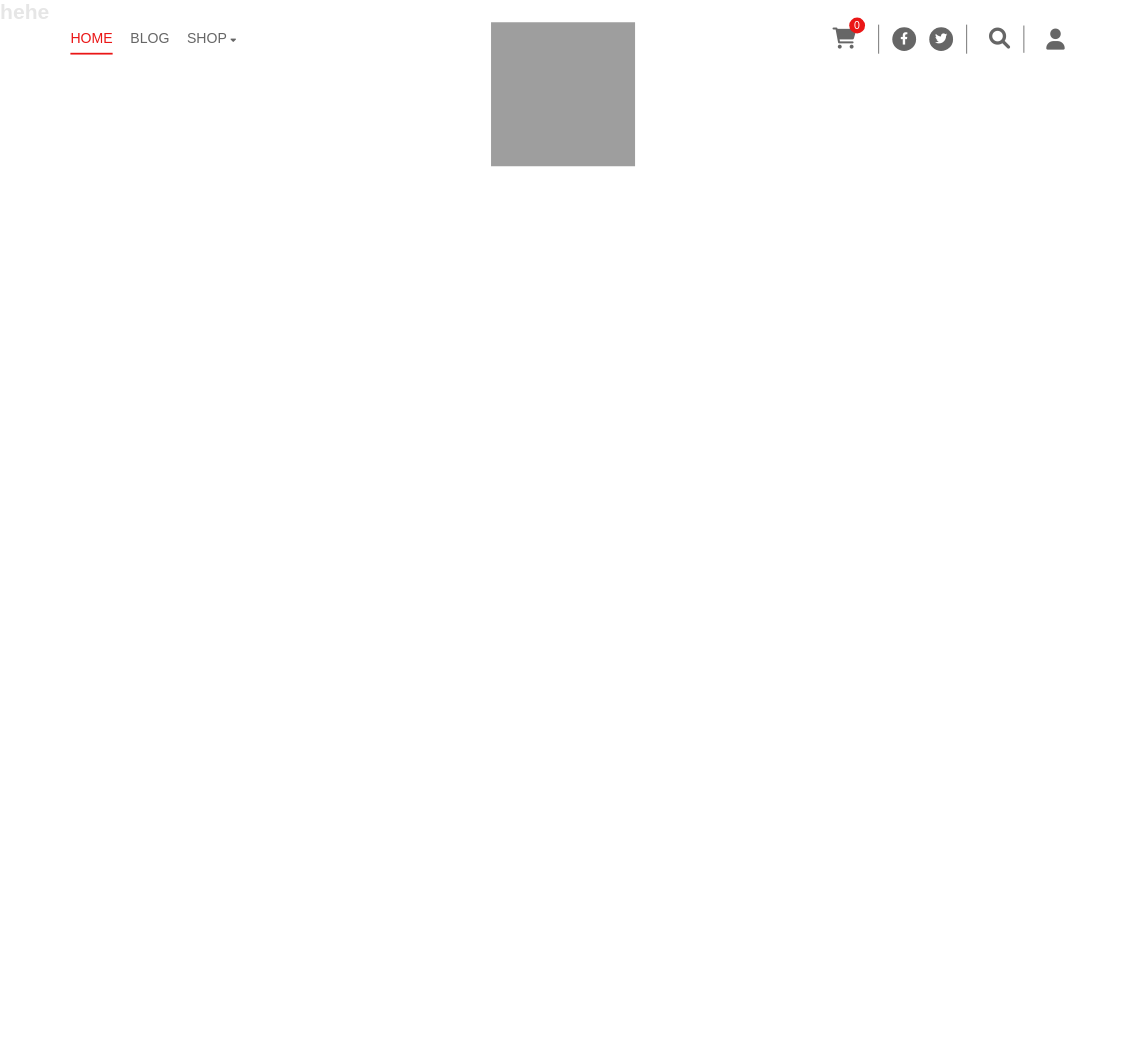
Repository: NguyenDucHung20002/header-and-scroll-top-project-cnpm
Page: blog.html
An editor plug-in stored every save of this project. The page is shown before and after the next save, followed by the edit.
The browser window is 1280 px wide. The pictures show the whole page, at 88% of full size.
Pictures or frames that could not be fetched are drawn as grey boxes. The style sheet was rebuilt from its Sass, Less or Tailwind sources for each picture, by a compiler version that may differ from the author's.

Above is the page before, as saved 2022-09-15 10:11:09.
Console error: TypeError: Cannot read properties of undefined (reading 'top')

### blog.html
<!DOCTYPE html>
<html lang="en">

<head>
    <meta charset="UTF-8">
    <meta http-equiv="X-UA-Compatible" content="IE=edge">
    <meta name="viewport" content="width=device-width, initial-scale=1.0">
    <link rel="stylesheet" href="fontawesome-free-6.1.2-web/css/all.min.css">
    <link rel="stylesheet" href="reset.css">
    <link rel="stylesheet" href="dist/css/blog.css">
    <title>Document</title>
</head>

<body>
    <header>
        <div class="header-top">
            <div class="portion-upper">
                <div class="container">
                    <div class="header-left">
                        <nav>
                            <ul class="wrapper-nav-main">
                                <li class="nav-main active-nav-main"><a class="nav-link-main" href="">Home</a></li>
                                <li class="nav-main"><a class="nav-link-main" href="">Blog</a></li>
                                <li class="drop-down nav-main">
                                    <a class="nav-link-main" href="">Shop <i class="fa-solid fa-caret-down"></i></a>
                                    <div class="shop-down">
                                        <aside class="product-categories">
                                            <h2>PRODUCT CATEGORIES</h2>
                                            <nav>
                                                <ul>
                                                    <li><a href="">Dried</a></li>
                                                    <li><a href="">Frozen</a></li>
                                                    <li><a href="">Fruits</a></li>
                                                    <li><a href="">Organic</a></li>
                                                    <li><a href="">Organic farms</a></li>
                                                    <li><a href="">Uncategorized</a></li>
                                                    <li><a href="">Vegitables</a></li>
                                                </ul>
                                            </nav>
                                        </aside>

                                    </div>
                                </li>
                            </ul>
                        </nav>
                    </div>
                    <div class="header-middle">
                        <div class="icon-home">
                            <a class="link-icon-home" href=""><img src="/icon/logo-1.png" alt=""></a>
                        </div>
                    </div>
                    <div class="header-right">
                        <div class="cart">
                            <div class="cart-icon">
                                <i class="fa-solid fa-cart-shopping"></i>
                            </div>
                            <div class="quantity">0</div>
                        </div>
                        <div class="info">
                            <div class="facebook icon-info"><i class="fa-brands fa-facebook-f"></i></div>
                            <div class="twitter icon-info"><i class="fa-brands fa-twitter"></i></div>
                        </div>
                        <div class="search">
                            <i class="fa-solid fa-magnifying-glass"></i>
                            <div class="form-search">
                                <input type="text" placeholder="Search...">
                                <button class="btn-search"><i class="fa-solid fa-magnifying-glass"></i></button>
                            </div>
                        </div>
                        <div class="user">
                            <i class="fa-solid fa-user"></i>
                        </div>
                    </div>
                </div>
            </div>
        </div>
    </header>
    <h2 class="hehe">hehe</h2>
</body>
<script src="https://cdnjs.cloudflare.com/ajax/libs/jquery/3.6.0/jquery.min.js"
    integrity="sha512-894YE6QWD5I59HgZOGReFYm4dnWc1Qt5NtvYSaNcOP+u1T9qYdvdihz0PPSiiqn/+/3e7Jo4EaG7TubfWGUrMQ=="
    crossorigin="anonymous" referrerpolicy="no-referrer"></script>
<script src="./blog.js"></script>

</html>

### reset.css
*,
*::after,
*::before {
  margin: 0;
  padding: 0;
  box-sizing: border-box;
}
a {
  text-decoration: none;
  /* mặc đinh là text-decoration: underline; */
}
ul,
ol {
  list-style: none;
}
input,
button {
  outline: none;
  border: none;
  background: none;
}
table,
th,
td {
  border-collapse: collapse;
}

/* Type number: delete ô increment, decrement */
input[type="number"]::-webkit-outer-spin-button,
input[type="number"]::-webkit-inner-spin-button {
  display: none;
  margin: 0;
}

### blog.js
$(document).ready(function () {
  const body = $("html, body");
  const getbody = $("body");

  //------- sự kiện scroll ---------

  const heightWin = $(window).height();
  //icon home
  const iconHome = $(".link-icon-home");
  //banner below
  const bannerBelow = document.querySelectorAll(".wrapper-fruit");
  const topBannerBelow = $(".wrapper-banner").offset().top;
  //btn scroll to top
  const btnScrollTop = $(".btn-to-top");
  actionScroll();
  // catch eventing scroll window
  $(window).scroll(function () {
    actionScroll();
  });
  function actionScroll() {
    let top = $("html, body").scrollTop();
    //scrolling animation icon home
    if (top > 10) {
      iconHome.css({
        transform: "scale(0.7) translateY(-30px)",
      });
    } else {
      iconHome.css({
        transform: "scale(1) translateY(0)",
      });
    }
    //scrolling animation banner below
    if (top + heightWin >= topBannerBelow) {
      bannerBelow.forEach((val, index) => {
        val.classList.add(`action-banner-${index + 1}`);
      });
    }
    //btn scrolling to top
    if (top >= 200) {
      btnScrollTop.addClass("action-show");
    } else {
      btnScrollTop.removeClass("action-show");
    }
  }

  //-----------sự kiện click-------------

  //----------- click to scroll to top ------------
  $(btnScrollTop).click(function (e) {
    e.preventDefault();
    body.animate(
      {
        scrollTop: 0,
      },
      500
    );
  });
});

### blog.scss
.container {
  margin: 0 auto;
  width: 1170px;
}
* {
  font-family: "Poppins", sans-serif;
}
$headerTopUP: #ffffff;
header {
  .header-top {
    z-index: 100;
    position: fixed;
    width: 100%;
    .portion-upper {
      background-color: rgba(#ffffff, 0.9);
      padding: 15px 0;
      .container {
        padding: 0 15px;
        display: flex;
        justify-content: space-between;
        align-items: center;
        position: relative;
        .header-left {
          .wrapper-nav-main {
            display: flex;
            justify-content: center;
            align-items: center;
            .nav-main {
              margin: 0 10px;
              .nav-link-main {
                padding: 10px 0;
                font-size: 16px;
                text-transform: uppercase;
                color: #666666;
                position: relative;
                &::after {
                  content: "";
                  position: absolute;
                  bottom: 0;
                  right: 0;
                  width: 0;
                  height: 2px;
                  background-color: #ea1616;
                  transition: 0.3s;
                }
                &:hover {
                  color: #ab1e32;
                  &::after {
                    left: 0;
                    width: 100%;
                  }
                }
                i {
                  font-size: 10px;
                }
              }
              &.active-nav-main {
                .nav-link-main {
                  color: #ea1616;
                  &::after {
                    content: "";
                    width: 100%;
                    height: 2px;
                  }
                }
              }
            }
            .drop-down {
              position: relative;
              &:hover {
                .shop-down {
                  opacity: 1;
                  visibility: visible;
                }
              }
              .shop-down {
                background-color: #ffffff;
                position: absolute;
                top: calc(100% + 10px);
                right: 0;
                transform: translate(50px);
                transition: 0.3s;
                opacity: 0;
                visibility: hidden;
                border: 1px rgba(#666666, 0.2) solid;
                max-width: 250px;
                .product-categories {
                  width: 100%;
                  flex: 1;
                  border-right: 1px rgba(#666666, 0.2) solid;
                  h2 {
                    width: 100%;
                    font-size: 16px;
                    font-weight: 700;
                    padding: 30px 30px;
                    white-space: nowrap;
                    color: #666666;
                    border-bottom: 1px #666666 solid;
                  }
                  ul {
                    li {
                      width: 100%;
                      a {
                        width: 100%;
                        border-top: 1px rgba(#666666, 0.3) solid;
                        display: inline-block;
                        font-size: 14px;
                        color: #666666;
                        padding: 15px 20px;
                        transition: 0.2s;
                        &:hover {
                          background-color: #3a3939;
                          color: $headerTopUP;
                        }
                      }
                    }
                  }
                }
              }
            }
          }
        }
        .header-middle {
          position: absolute;
          left: 50%;
          top: 0;
          z-index: 11;
          .icon-home {
            transform: translate(-50%, 10px);
            a {
              transition: 0.3s;
              width: 164px;
              height: 164px;
              display: inline-block;
              cursor: pointer;
              img {
                width: 100%;
                height: 100%;
                object-fit: cover;
              }
            }
          }
        }
        .header-right {
          display: flex;
          justify-content: center;
          align-items: center;
          .cart {
            cursor: pointer;
            position: relative;
            .cart-icon {
              font-size: 24px;
              color: #666666;
            }
            .quantity {
              color: #ffffff;
              position: absolute;
              width: 18px;
              height: 18px;
              background-color: #ea1616;
              font-size: 12px;
              bottom: 70%;
              left: 70%;
              border-radius: 50%;
              text-align: center;
              line-height: 18px;
            }
          }
          .info {
            font-size: 14px;
            padding: 3px 15px;
            margin: 0 25px;
            border-left: 1px #666666 solid;
            border-right: 1px #666666 solid;
            display: flex;
            justify-content: center;
            align-items: center;
            .icon-info {
              width: 27px;
              height: 27px;
              cursor: pointer;
              background-color: #666666;
              border-radius: 50%;
              text-align: center;
              i {
                line-height: 27px;
                color: #ffffff;
                transition: 0.3s;
              }
            }
            .facebook {
              margin-right: 15px;
              transition: 0.3s;
              &:hover {
                background-color: #3b5998;
                i {
                  color: $headerTopUP;
                }
              }
            }
            .twitter {
              transition: 0.3s;
              &:hover {
                background-color: #55acee;
                i {
                  color: $headerTopUP;
                }
              }
            }
          }
          .search {
            font-size: 24px;
            cursor: pointer;
            color: #666666;
            position: relative;
            padding: 15px 0;
            margin-right: 15px;
            &:hover {
              .form-search {
                opacity: 1;
                visibility: visible;
                transform: translateY(10px);
              }
            }
            .form-search {
              right: 0;
              transition: 0.3s;
              opacity: 0;
              visibility: hidden;
              position: absolute;
              min-width: 280px;
              background-color: #ffffff;
              border-radius: 5px;
              padding: 15px;
              display: flex;
              input {
                flex-grow: 1;
                padding: 10px 20px;
                background-color: #f4f4f4;
                &::placeholder {
                  color: #222222;
                  transition: 0.3s;
                }
                &:focus {
                  &::placeholder {
                    opacity: 0;
                  }
                }
              }
              .btn-search {
                width: 50px;
                height: 50px;
                background-color: #f4f4f4;
                cursor: pointer;
              }
            }
          }
          .user {
            border-left: #666666 1px solid;
            padding: 3px 0;
            i {
              font-size: 24px;
              line-height: 24px;
              cursor: pointer;
              color: #666666;
              padding-left: 25px;
            }
          }
        }
      }
    }
  }
}
.hehe {
  width: 100vw;
  height: 1200px;
}

Loaded but not shown: fontawesome-free-6.1.2-web/css/all.min.css (library)

After the next save:
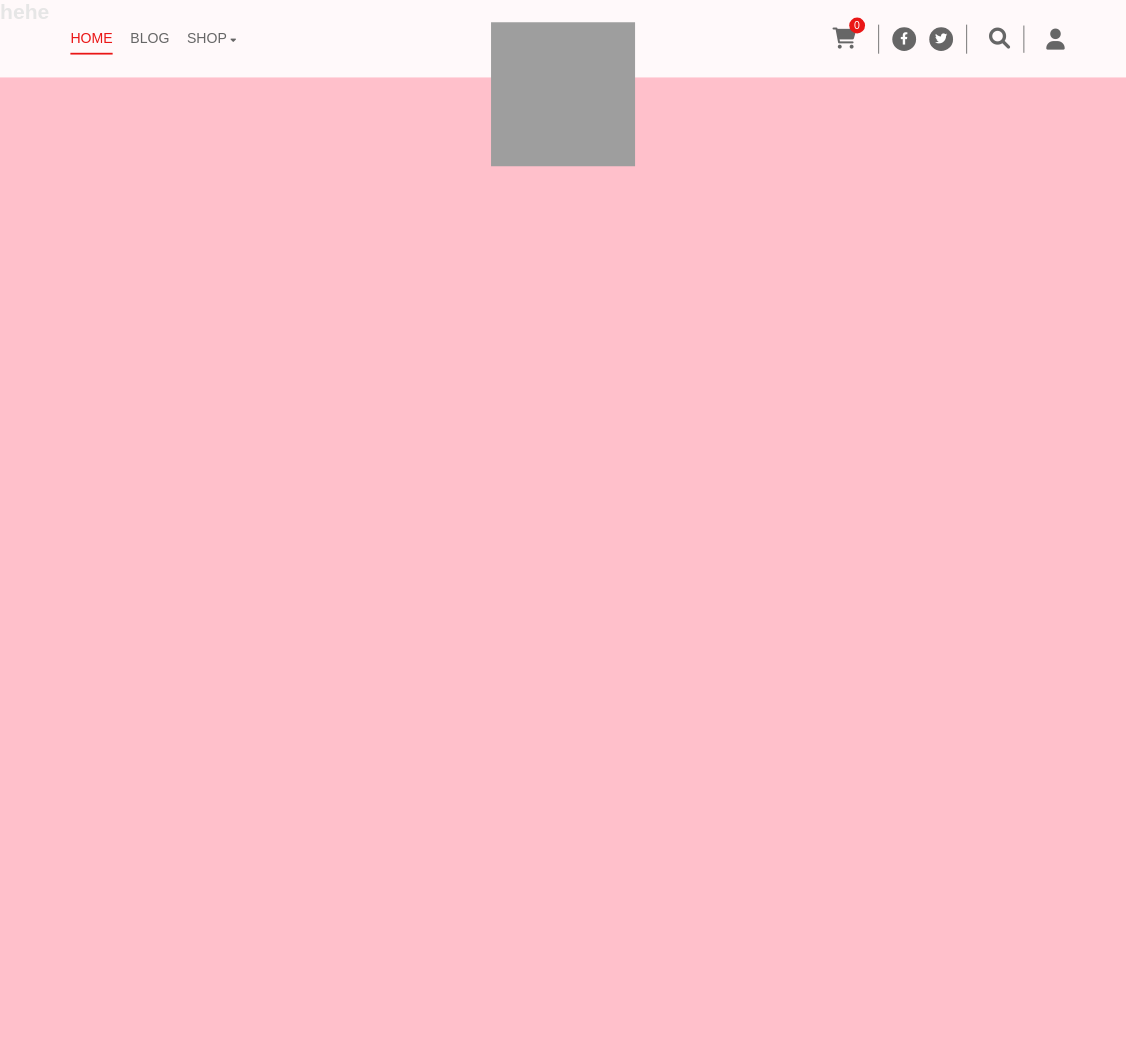
Saved 6 s later.
--- a/blog.scss
+++ b/blog.scss
@@ -274,4 +274,5 @@
 .hehe {
   width: 100vw;
   height: 1200px;
-}
+  background-color: pink;
+}
